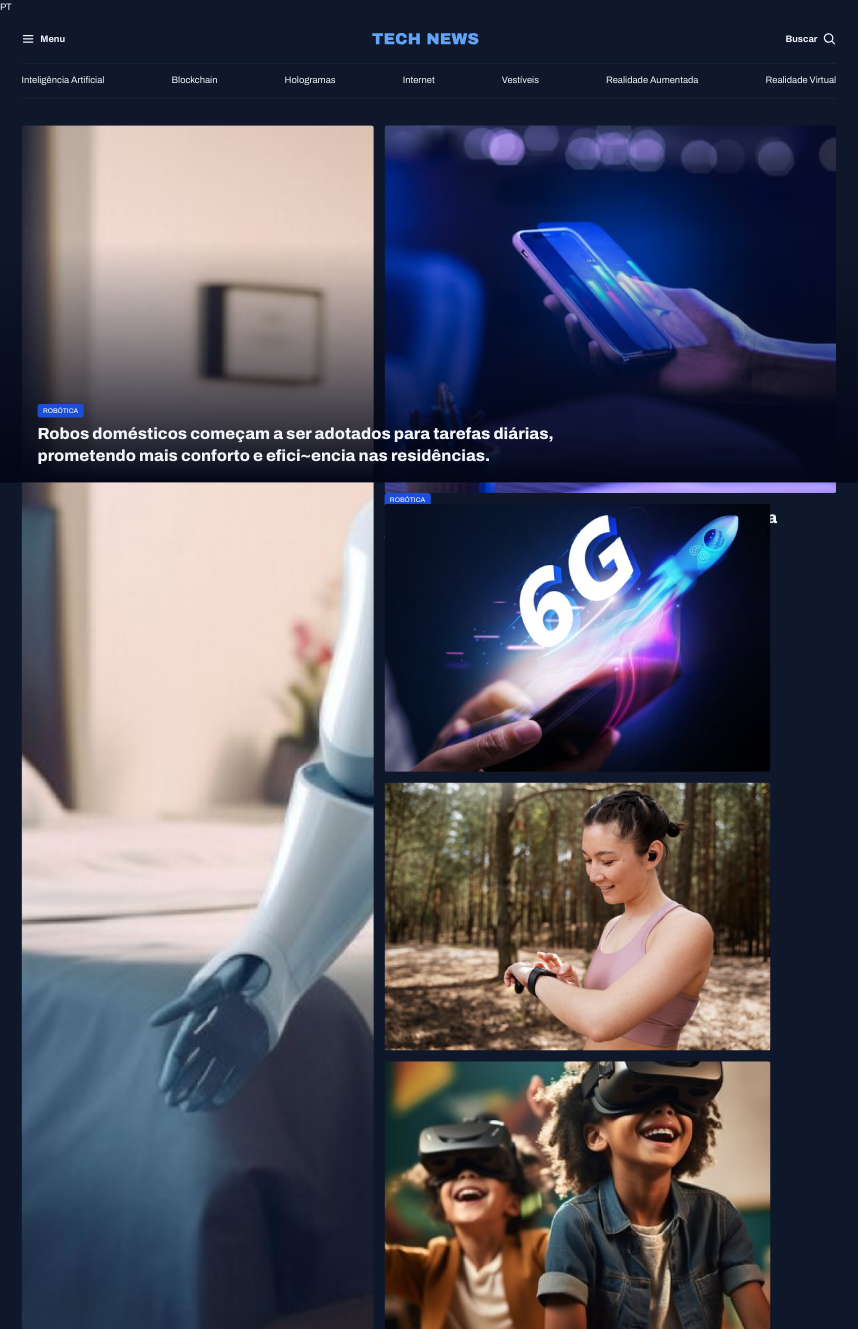
Repository: JeffRodFer/portalDeNoticias
Page: index.html
These files come from the project's save history. The page is drawn as it stood at one moment and after a run of saves; the edit follows.
The browser window is 1280 px wide. The pictures show the whole page, at 67% of full size.

Above is the page before, as saved 2025-04-15 21:51:39.

After the next 3 saves:
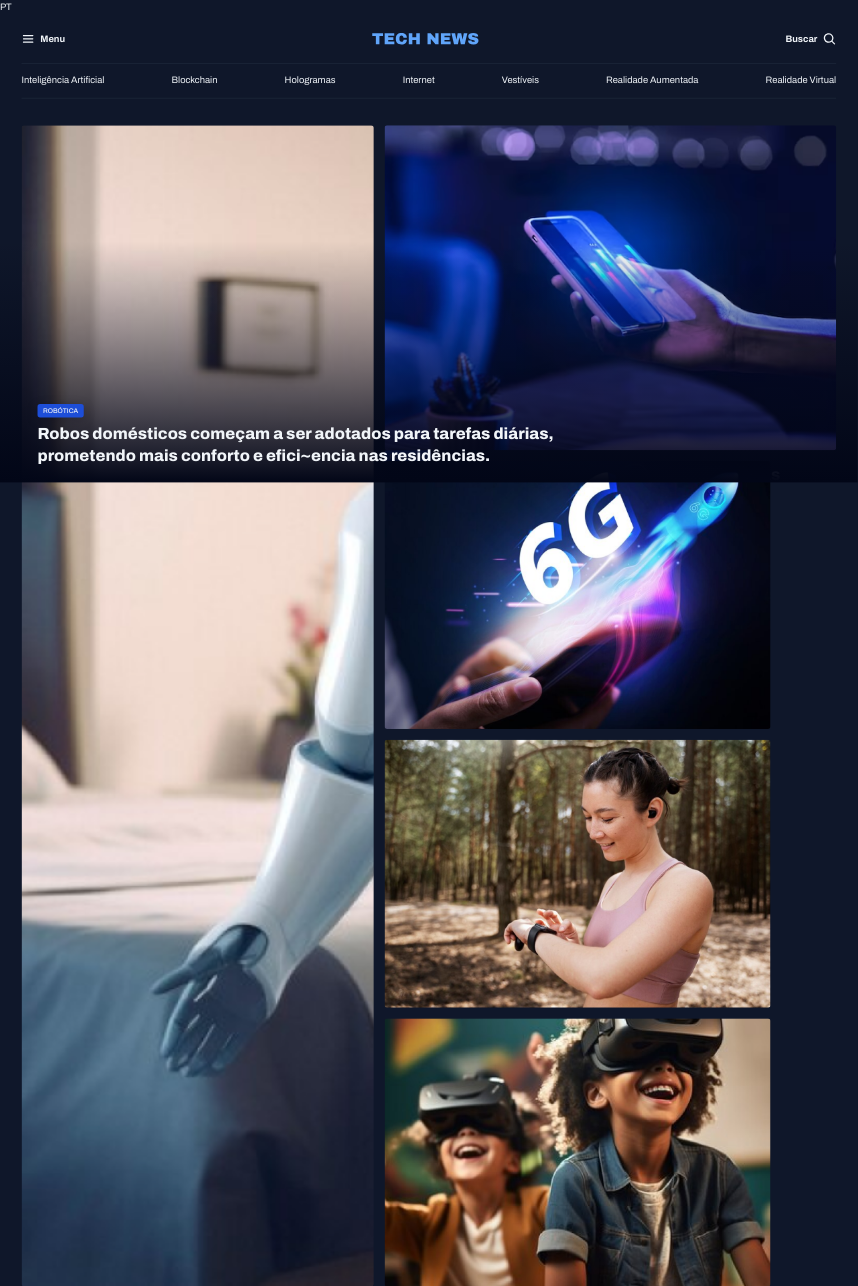
The 3 saves are shown as one change because they came seconds apart.
The last was saved 31 s later.
--- a/index.html
+++ b/index.html
@@ -55,7 +55,7 @@ PT<!DOCTYPE html>
           <figcaption>
             <span class="content-tag">robótica</span>
             <h2 class="text-2xl">
-              Robos domésticos começam a ser adotados para tarefas diárias, <br> prometendo mais conforto e efici~encia nas residências.
+              Novo Smart tendo mais conforto e efici~encia nas residências.
             </h2>
           </figcaption>
         </figure>
